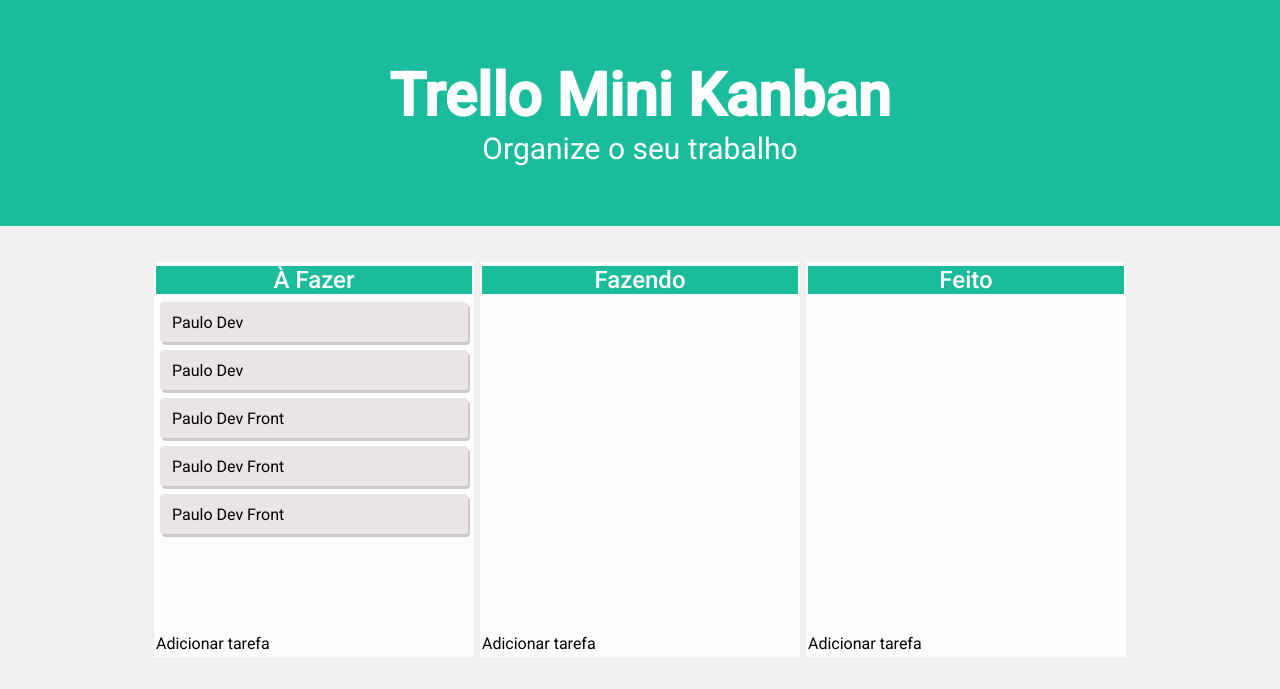
Repository: douglasabnovato/byteclass
Page: trello-mini-kanban/index.html
The author's editor kept a copy of each file at every save. The page is drawn from the files as they stood at one save, then again after the next save.
The browser window is 1280 px wide. The pictures show the whole page.

Above is the page before, as saved 2025-07-31 21:26:48.

### trello-mini-kanban/index.html
<!DOCTYPE html>
<html>
  <head>
    <meta charset="UTF-8" />
    <meta http-equiv="X-UA-Compatible" content="IE=edge" />
    <meta name="viewport" content="width=device-width, initial-scale=1.0" />
    <link
      rel="stylesheet"
      href="https://cdnjs.cloudflare.com/ajax/libs/font-awesome/4.7.0/css/font-awesome.min.css"
    />
    <title>Trello Mini Kanban</title>
    <link rel="stylesheet" href="./style.css" />
  </head>

  <body>
    <div id="home" class="container content">
      <header>
        <h1>Trello Mini Kanban</h1>
        <p>Organize o seu trabalho</p>
      </header>

      <main>
        <div class="board">
          <h3 class="title">À Fazer</h3>
          <ul
            id="a-fazer"
            class="todo-list"
            ondrop="drop(event, this.id)"
            ondragover="over(event)"
          >
            <li>Paulo Dev </li>
            <li>Paulo Dev </li>
            <li>Paulo Dev Front</li>
            <li>Paulo Dev Front</li>
            <li>Paulo Dev Front</li>
          </ul>
          <div class="add-card" onclick="addCard(this)">
            <p>Adicionar tarefa</p>
          </div>
        </div>

        <div class="board">
          <h3 class="title">Fazendo</h3>
          <ul
            id="fazendo"
            class="todo-list"
            ondrop="drop(event, this.id)"
            ondragover="over(event)"
          ></ul>
          <div class="add-card" onclick="addCard(this)">
            <p>Adicionar tarefa</p>
          </div>
        </div>

        <div class="board">
          <h3 class="title">Feito</h3>
          <ul
            id="feito"
            class="todo-list"
            ondrop="drop(event, this.id)"
            ondragover="over(event)"
          ></ul>
          <div class="add-card" onclick="addCard(this)">
            <p>Adicionar tarefa</p>
          </div>
        </div>
      </main>
    </div>

    <script src="./script.js"></script>
  </body>
</html>

### trello-mini-kanban/style.css
@import url("https://fonts.googleapis.com/css2?family=Roboto:wght@100;300;400;500&display=swap");

* {
  box-sizing: border-box;
  margin: 0;
}

body {
  background-color: #f1f1f1;
  font-family: "Roboto", sans-serif;
}

header {
  padding: 60px;
  text-align: center;
  background: #1abc9c;
  color: white;
  font-size: 30px;
}

main {
  display: flex;
  flex-wrap: wrap;
  justify-content: center;
  padding-block: 36px;
  gap: 6px;
}

.board {
  display: flex;
  flex-direction: column;
  gap: 4px;
  padding-block: 4px;
  padding-inline: 2px;
  width: 320px;
  background-color: rgba(255, 255, 255, 0.8);
}

.board .title {
  background-color: #1abc9c;
  color: white;
  text-align: center;
  font-size: 24px;
  font-weight: 500;
}

.board ul {
  display: flex;
  flex-wrap: wrap;
  align-content: flex-start;
  min-height: 332px;
  padding: 4px;
  list-style-type: none;
  gap: 8px 12px;
}

.board ul li {
  display: flex;
  align-items: center;
  width: 100%;
  height: 40px;
  padding: 8px 12px;
  background-color: rgba(232, 225, 225, 0.873);
  box-shadow: 2px 3px rgba(0, 0, 0, 0.2);
  border-radius: 4px;
}

/*

.board li:hover {
  cursor: move;
  background-color: rgba(200, 200, 200, 0.5);
  box-shadow: 2px 2px rgba(0, 0, 0, 0.4);
}

.board .todo-list .remove {
  width: 16px;
  height: 16px;
  border-radius: 50%;
  text-align: center;
  font-size: 12px;
  color: #c3c3c3;
}

.board .todo-list .remove:hover {
  cursor: pointer;
  background-color: lightcoral;
}

.board .add-card {
  background-color: rgba(200, 200, 200, 0.8);
  border-radius: 2px;
  box-shadow: 2px 2px rgba(0, 0, 0, 0.2);
  margin: 4px 4px;
}

.board .add-card:hover {
  background-color: rgba(192, 182, 182, 0.95);
  cursor: pointer;
  box-shadow: 2px 2px rgba(0, 0, 0, 0.4);
}

.board .add-card p {
  font-size: 16px;
  padding: 15px 10px;
  font-weight: 100;
}
*/

### trello-mini-kanban/script.js

// function addCard(element) {
//   const ulId = element.previousElementSibling.id;
//   const text = prompt("Qual é a tarefa?");
//   const board = document.getElementById(ulId);

//   const template = `
//     <li id="${new Date().getTime()}" draggable="true" ondragstart="drag(event)">
//         <p>${text}</p>
//         <p class="remove" onclick="removeCard(this)">x</p>
//     </li>
//   `;

//   board.innerHTML += template;
// }

// /* remover uma tarefa */
// function removeCard(element) {
//   document.getElementById(element.parentElement.id).remove();
// }

// /* arrastar uma tarefa entre os quadros */
// function drag(event) {
//   event.dataTransfer.setData("card", event.target.id);
// }

// function over(event) {
//   event.preventDefault();
// }

// function drop(event, id) {
//   event.preventDefault();

//   const target = document.getElementById(id);
//   const data = event.dataTransfer.getData("card");
//   const card = document.getElementById(data);

//   target.appendChild(card);
//   event.dataTransfer.clearData();
// }

After the next save:
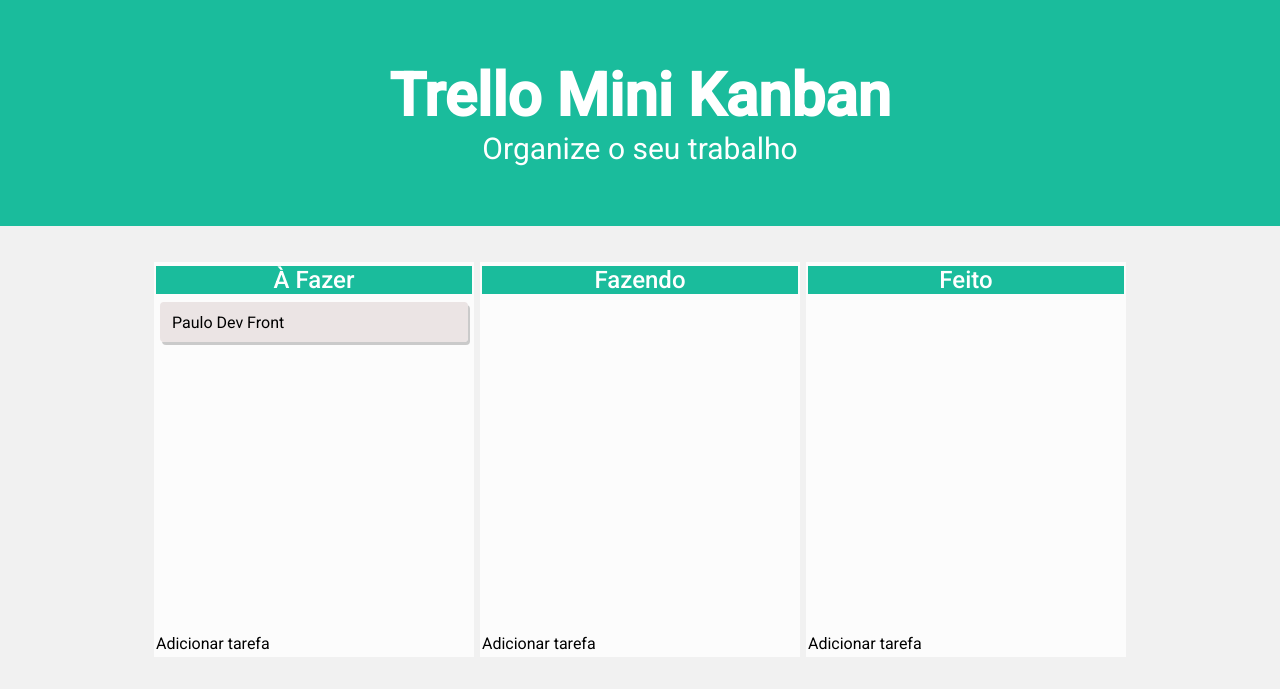
Saved 3 min 10 s later.
--- a/trello-mini-kanban/index.html
+++ b/trello-mini-kanban/index.html
@@ -28,10 +28,6 @@
             ondrop="drop(event, this.id)"
             ondragover="over(event)"
           >
-            <li>Paulo Dev </li>
-            <li>Paulo Dev </li>
-            <li>Paulo Dev Front</li>
-            <li>Paulo Dev Front</li>
             <li>Paulo Dev Front</li>
           </ul>
           <div class="add-card" onclick="addCard(this)">
